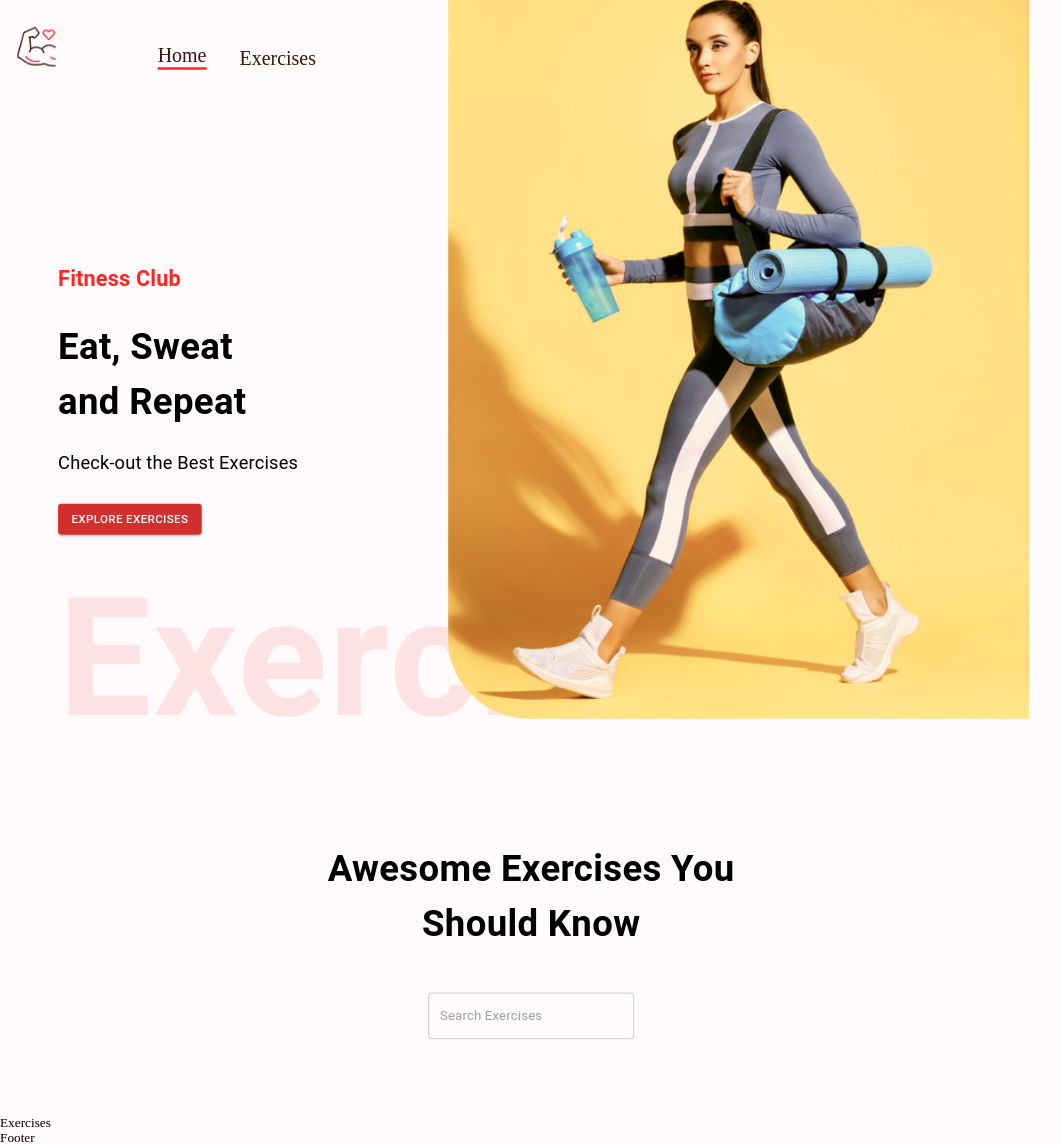
Repository: remydev47/fitness-center
Page: /
An editor plug-in stored every save of this project. The page is shown before and after the next save, followed by the edit.
The browser window is 1280 px wide. The pictures show the whole page, at 83% of full size.
The project was rebuilt for these pictures with package versions that can differ from the ones it lists, and the page was loaded fresh each time. Also part of the build but not shown: src/pages/ExerciseDetail.js.

Above is the page before, as saved 2022-07-26 01:08:22.

After the next save:
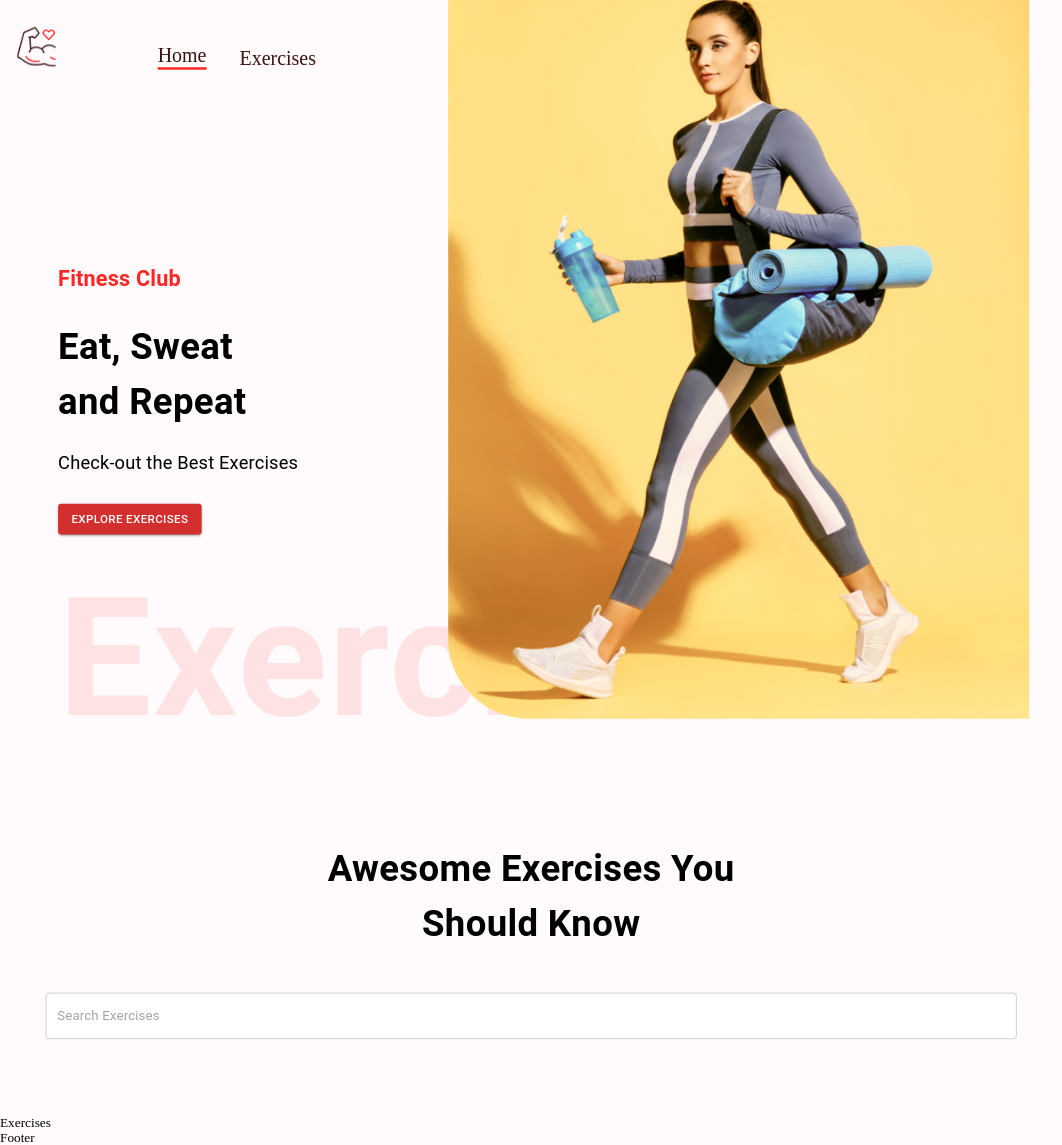
Saved 2 min 36 s later.
--- a/src/components/SearchExercises.js
+++ b/src/components/SearchExercises.js
@@ -31,7 +31,12 @@ const SearchExercises = () => {
                     fontweight: '700',
                     border: 'none',
                     borderRadius: '4px'
-                }
+                },
+                width: {
+                    lg: '1170px',
+                    xs: '350px'
+                },
+                backgroundColor: "#FFF"
              }}
               height="70px"
               value=""
